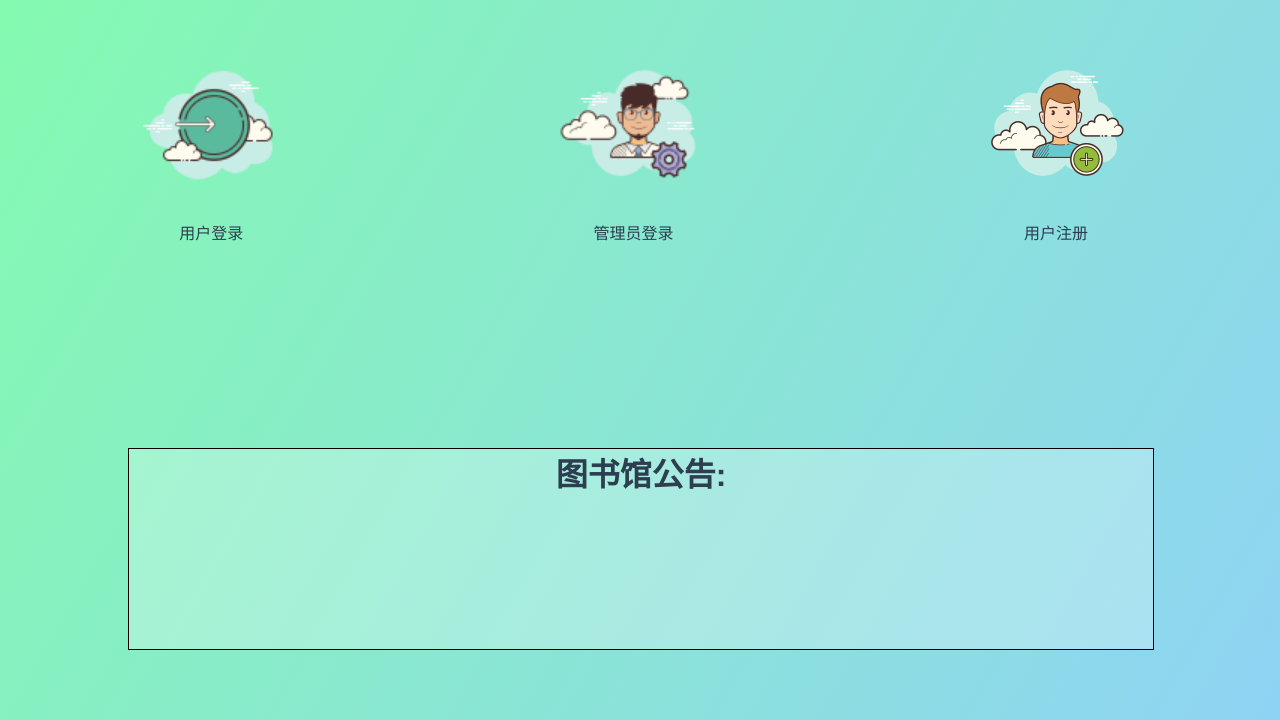
Repository: Akron-xz/helloVue
Page: / (app in vue-library/)
These files come from the project's save history. The page is drawn as it stood at one moment and after the next save; the edit follows.
The browser window is 1280 px wide. The pictures show the whole page.
The page's requests for data from a server got no answer. The project was rebuilt for these pictures with package versions that can differ from the ones it lists, and the page was loaded fresh each time. No one was signed in, and anything a server would have sent is missing.

Above is the page before, as saved 2020-11-24 09:14:48.

After the next save:
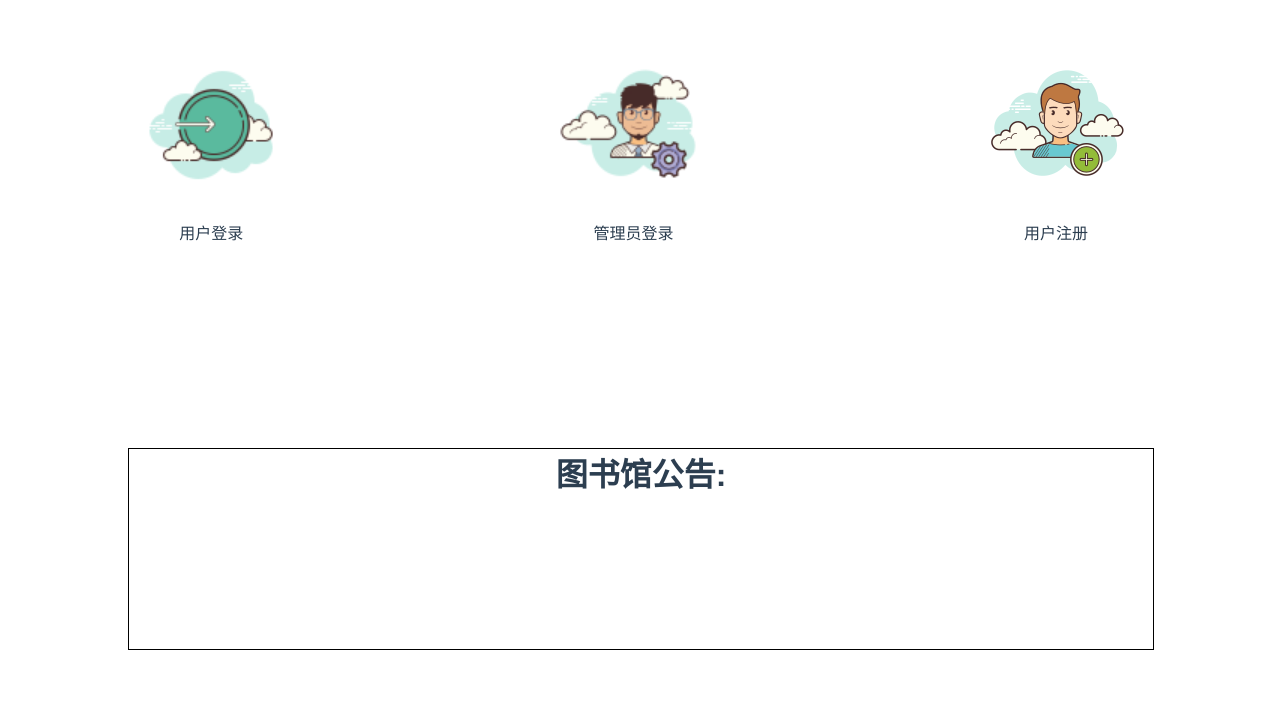
Saved 8 s later.
--- a/vue-library/src/views/Home.vue
+++ b/vue-library/src/views/Home.vue
@@ -97,7 +97,7 @@
   height: 100%;
   background-repeat: no-repeat;
   background-size: 100%;
-  background-image: linear-gradient(120deg, #84fab0 0%, #8fd3f4 100%);
+  background-color: linear-gradient(120deg, #84fab0 0%, #8fd3f4 100%);
   text-align: center;
 }
 

After the save that followed:
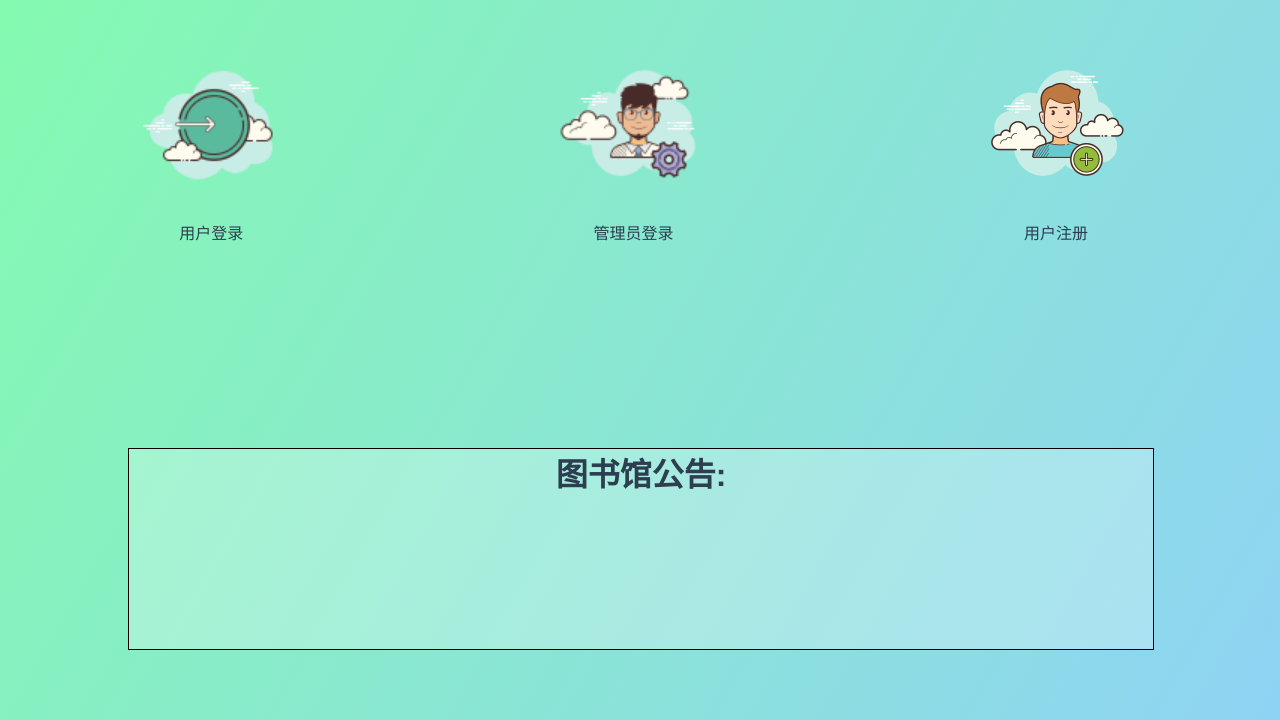
Saved 7 s later.
--- a/vue-library/src/views/Home.vue
+++ b/vue-library/src/views/Home.vue
@@ -97,7 +97,7 @@
   height: 100%;
   background-repeat: no-repeat;
   background-size: 100%;
-  background-color: linear-gradient(120deg, #84fab0 0%, #8fd3f4 100%);
+  background-image: linear-gradient(120deg, #84fab0 0%, #8fd3f4 100%);
   text-align: center;
 }
 
